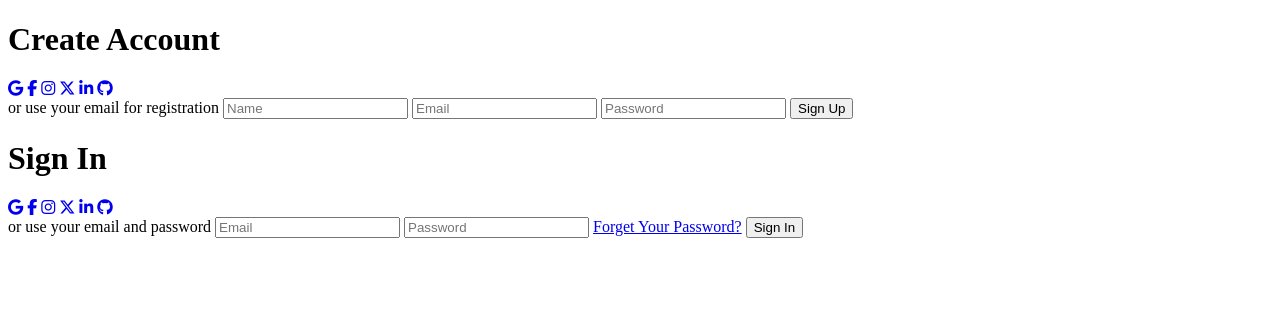
Repository: DevMike1993/Animated_Login_Page
Page: index.html
The author's editor kept a copy of each file at every save. The page is drawn from the files as they stood at one save, then again after the next save.
The browser window is 1280 px wide. The pictures show the whole page.

Above is the page before, as saved 2023-12-17 19:43:01.

### index.html
<!DOCTYPE html>
<html lang="en">
<head>
    <meta charset="UTF-8">
    <meta name="viewport" content="width=device-width, initial-scale=1.0">
    <link rel="stylesheet" href="https://cdnjs.cloudflare.com/ajax/libs/font-awesome/6.5.1/css/all.min.css">
    <link rel="stylesheet" href="style.css">
    <title>Animated Login Page</title>
</head>
<body>

    <div class="container" id="container">
        <div class="form-container sign-up">
            <form>
                <h1>Create Account</h1>
                <div class="social-icons">
                    <a href="#" class="icon"><i class="fa-brands fa-google"></i></a>
                    <a href="#" class="icon"><i class="fa-brands fa-facebook-f"></i></a>
                    <a href="#" class="icon"><i class="fa-brands fa-instagram"></i></a>
                    <a href="#" class="icon"><i class="fa-brands fa-x-twitter"></i></a>
                    <a href="#" class="icon"><i class="fa-brands fa-linkedin-in"></i></a>
                    <a href="#" class="icon"><i class="fa-brands fa-github"></i></a>
                </div>
                <span>or use your email for registration</span>
                <input type="text" placeholder="Name">
                <input type="email" placeholder="Email">
                <input type="password" placeholder="Password">
                <button>Sign Up</button>
            </form>
        </div>
        <div class="form-container sign-in">
            <form>
                <h1>Sign In</h1>
                <div class="social-icons">
                    <a href="#" class="icon"><i class="fa-brands fa-google"></i></a>
                    <a href="#" class="icon"><i class="fa-brands fa-facebook-f"></i></a>
                    <a href="#" class="icon"><i class="fa-brands fa-instagram"></i></a>
                    <a href="#" class="icon"><i class="fa-brands fa-x-twitter"></i></a>
                    <a href="#" class="icon"><i class="fa-brands fa-linkedin-in"></i></a>
                    <a href="#" class="icon"><i class="fa-brands fa-github"></i></a>
                </div>
                <span>or use your email and password</span>
                <input type="email" placeholder="Email">
                <input type="password" placeholder="Password">
                <a href="#">Forget Your Password?</a>
                <button>Sign In</button>
            </form>
        </div>
        <div class="toggle-container">
            <div class="toggle">
                <div class="toggle-panel toggle-left">
                    <h1></h1>
                </div>
            </div>
        </div>
    </div>

    <script src="script.js"></script>
</body>
</html>

### style.css
@import url('https://fonts.googleapis.com/css2?family=Montserrat:ital,wght@0,200;0,300;0,400;0,500;0,600;1,200;1,300&family=Poppins&display=swap');

Loaded but not shown: script.js (no copy from this time; the picture is the same without it)

After the next save:
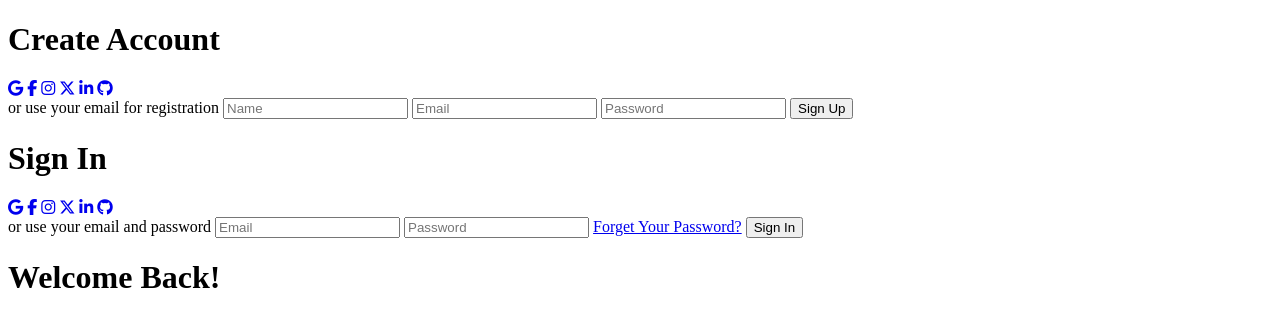
Saved 12 s later.
--- a/index.html
+++ b/index.html
@@ -49,7 +49,7 @@
         <div class="toggle-container">
             <div class="toggle">
                 <div class="toggle-panel toggle-left">
-                    <h1></h1>
+                    <h1>Welcome Back!</h1>
                 </div>
             </div>
         </div>
